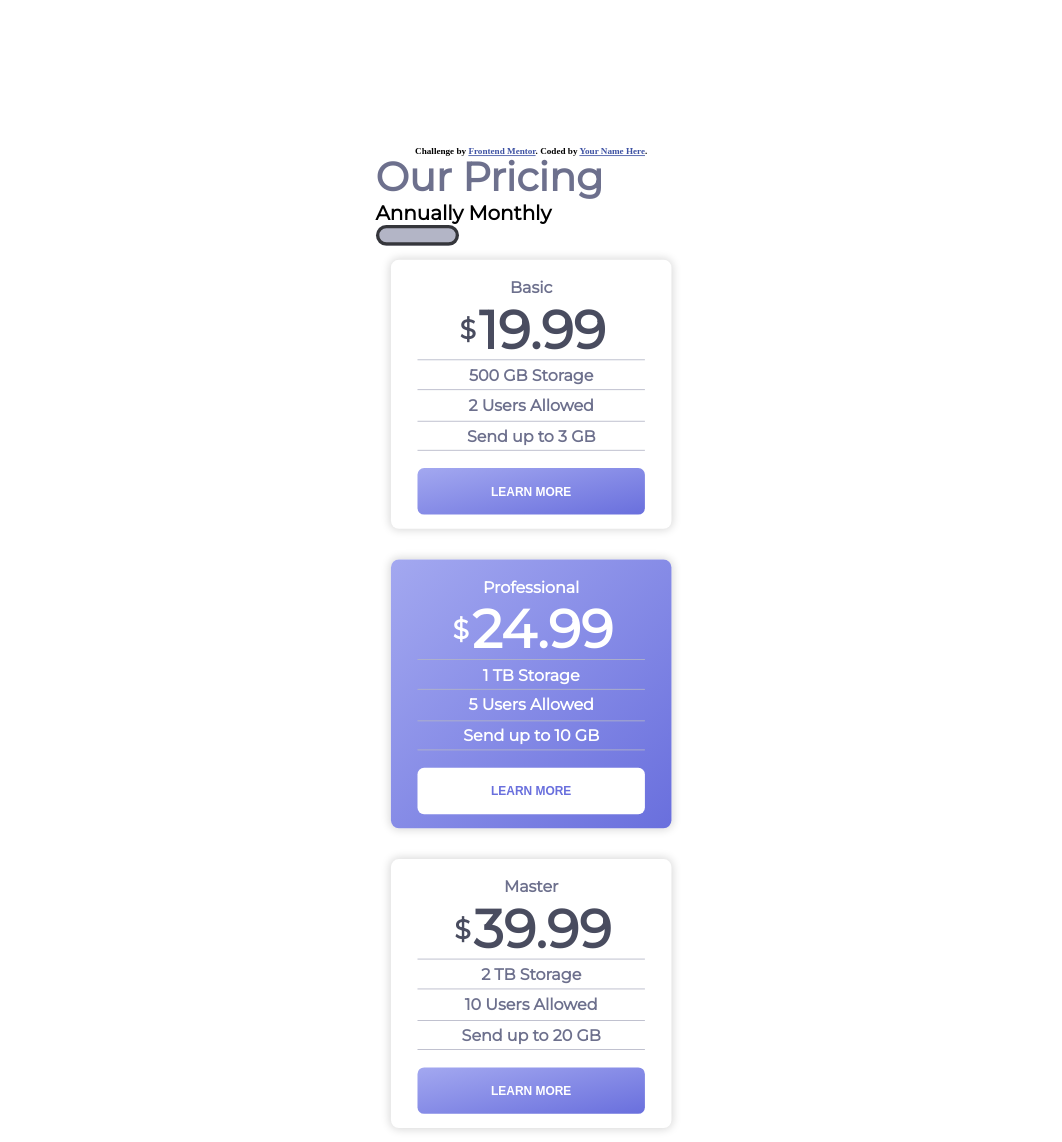
Repository: JuzzJoel/pricing-component-with-toggle-master
Page: index.html
The author's editor kept a copy of each file at every save. The page is drawn from the files as they stood at one save, then again after the next save.
The browser window is 1280 px wide. The pictures show the whole page, at 83% of full size.

Above is the page before, as saved 2025-05-24 11:49:07.

### index.html
<!DOCTYPE html>
<html lang="en">

<head>
  <meta charset="UTF-8">
  <meta name="viewport" content="width=device-width, initial-scale=1.0">
  <!-- displays site properly based on user's device -->

  <link rel="icon" type="image/png" sizes="32x32" href="./images/favicon-32x32.png">
  <link rel="preconnect" href="https://fonts.googleapis.com">
  <link rel="preconnect" href="https://fonts.gstatic.com" crossorigin>
  <link href="https://fonts.googleapis.com/css2?family=Montserrat:ital,wght@700" rel="stylesheet">
  <title>Frontend Mentor | [pricing-component-with-toggle-master]</title>
  <style>
    :root {

      --linear-gradient: linear-gradient(to bottom right, hsl(236, 72%, 79%), hsl(237, 63%, 64%));

      --clr-pri: hsl(240, 78%, 98%);
      --clr-pri-acc: hsl(234, 14%, 74%);
      --clr-sec: hsl(233, 13%, 49%);
      --clr-sec-acc: hsl(232, 13%, 33%);
    }

    *,
    *::before,
    *::after {
      box-sizing: border-box;
    }

    * {
      margin: 0;
      padding: 0;
      box-sizing: border-box;
    }

    .visually-hidden:not(:focus):not(:active) {
      clip: rect(0 0 0 0);
      clip-path: inset(50%);
      height: 1px;
      overflow: hidden;
      position: absolute;
      white-space: nowrap;
      width: 1px;
    }

    .attribution {
      font-size: 11px;
      text-align: center;
      height: 1vh;
    }

    .attribution a {
      color: hsl(228, 45%, 44%);
    }

    body {
      font-size: 0.95rem;
      font-weight: 700;
      width: 100vw;
      height: 150vh;
      display: flex;
      align-items: center;
      justify-content: center;
      flex-direction: column;
    }


    .container {
      width: 375px;
      height: 100vh;
      font-family: "Montserrat", sans-serif;

    }

    .pricing-header {
      font-size: 1.5rem;
    }

    .pricing-header h1 {
      color: var(--clr-sec);

    }

    .toggle-box {
      width: 100%;
      height: 100%;
    }

    .toggle-container {
      width: 100px;
      height: 25px;
      position: relative;
      background: var(--clr-pri-acc);
      padding: 10px;
      border-radius: 3rem;

      box-shadow: inset 0 0  0 4px rgba(0, 0, 0, 0.7);
    }

    .toggle-slider {
      position: absolute;
      border-radius: 50%;
      left: 10px;
      top: 5px;
    }

    input[type="radio"] {
      display: none;
    }

    .pricing {}


    .content-body {
      display: flex;
      flex-direction: column;
      align-items: center;
      width: 100%;
      height: 150vh;
    }

    .content {
      display: flex;
      flex-direction: column;
      align-items: center;
      justify-content: space-evenly;
      width: 90%;
      gap: 20px;
      height: 100%;
    }

    .card-container {
      display: flex;
      flex-direction: column;
      align-items: center;
      justify-content: center;
      width: 100%;
      border-radius: .6rem;

      box-shadow: 0 0 .625rem .125rem rgba(0, 0, 0, 0.15);
      height: 30%;
    }

    .card-container:nth-child(2) {
      background: var(--linear-gradient);
    }

    .card {
      display: flex;
      flex-direction: column;
      align-items: center;
      justify-content: space-between;
      width: 90%;
      height: 85%;
      font-family: "Montserrat", sans-serif;
    }

    .card>* {
      width: inherit;
      display: flex;
      align-items: center;
      justify-content: center;
    }

    .rows-head {
      height: 35%;
      display: flex;
      flex-direction: column;
      align-items: center;
      justify-content: center;
    }

    .rows-head p {
      font-size: 1.2rem;

      color: var(--clr-sec);
    }

    .rows-head h1 {
      font-size: 4rem;
      color: var(--clr-sec-acc);
      display: flex;
      align-items: center;
    }

    .rows-head h1 span {
      font-size: 2rem;
      color: var(--clr-sec-acc);
      margin-right: 2%;
    }

    .rows {
      height: 15%;
      border: 1px solid var(--clr-pri-acc);
      border-left: none;
      border-right: none;
      color: var(--clr-sec);
      font-size: 1.2rem;
    }

    .rows:nth-child(3) {
      border: none;
    }

    .rows-button {
      height: 25%;
      display: flex;
      align-items: center;
      justify-content: center;
    }

    button {
      width: 100%;
      display: flex;
      align-items: center;
      justify-content: center;
      border-radius: .5rem;
      border: none;
      padding: 1.25rem 2.5rem;
      text-transform: uppercase;
      color: white;
      background: var(--linear-gradient);
      font-weight: 700;
      font-size: 0.9rem;
      margin-top: 10%;
    }

    .card-container:nth-child(2) .rows,
    .card-container:nth-child(2) .rows-head,
    .card-container:nth-child(2) .rows-head h1,
    .card-container:nth-child(2) .rows-head h1 span {
      color: white;
    }

    .card-container:nth-child(2) .rows-head p {
      color: white;
    }

    .card-container:nth-child(2) button {
      background: white;
      color: hsl(237, 63%, 64%);
    }

    @media(min-width:1440px) {
      .content {
        flex-direction: row;
        justify-content: space-between;
      }
    }
  </style>
</head>

<body>
  <div class="attribution">
    Challenge by <a href="https://www.frontendmentor.io?ref=challenge" target="_blank">Frontend Mentor</a>.
    Coded by <a href="#">Your Name Here</a>.
  </div>


  <div class="container">
    <div class="pricing-header">
      <h1>Our Pricing</h1>
      <div class="toggle-box">
        Annually
        Monthly
        <div class="toggle-container">
          <input type="radio" class="pricing" id="price-annnual">
          <label for="price-annual"></label>

          <input type="radio" class="pricing" id="price-month">
          <label for="price-month"></label>

          <div class="toggle-slider"></div>
        </div>
      </div>
      <div class="content-body">
        <div class="content">
          <div class="card-container">
            <div class="card">
              <div class="rows-head">
                <p>Basic</p>
                <h1> <span>&dollar;</span>
                  19.99
                  <i class="visually-hidden">&dollar;199.99</i>
                </h1>
              </div>
              <div class="rows">500 GB Storage</div>
              <div class="rows">2 Users Allowed</div>
              <div class="rows">Send up to 3 GB</div>
              <div class="rows-button"><button>Learn More</button></div>
            </div>
          </div>

          <div class="card-container">
            <div class="card">
              <div class="rows-head">
                <p>Professional</p>
                <h1> <span>&dollar;</span>24.99
                  <i class="visually-hidden">&dollar;249.99</i>
                </h1>
              </div>
              <div class="rows">1 TB Storage</div>
              <div class="rows">5 Users Allowed</div>
              <div class="rows">Send up to 10 GB</div>
              <div class="rows-button"><button>Learn More</button></div>
            </div>
          </div>
          <div class="card-container">
            <div class="card">
              <div class="rows-head">
                <p>Master</p>
                <h1> <span>&dollar;</span>39.99
                  <i class="visually-hidden">&dollar;399.99</i>
                </h1>
              </div>
              <div class="rows">2 TB Storage</div>
              <div class="rows">10 Users Allowed</div>
              <div class="rows">Send up to 20 GB</div>
              <div class="rows-button"><button>Learn More</button></div>
            </div>
          </div>
        </div>
      </div>
    </div>
  </div>


</body>

</html>

After the next save:
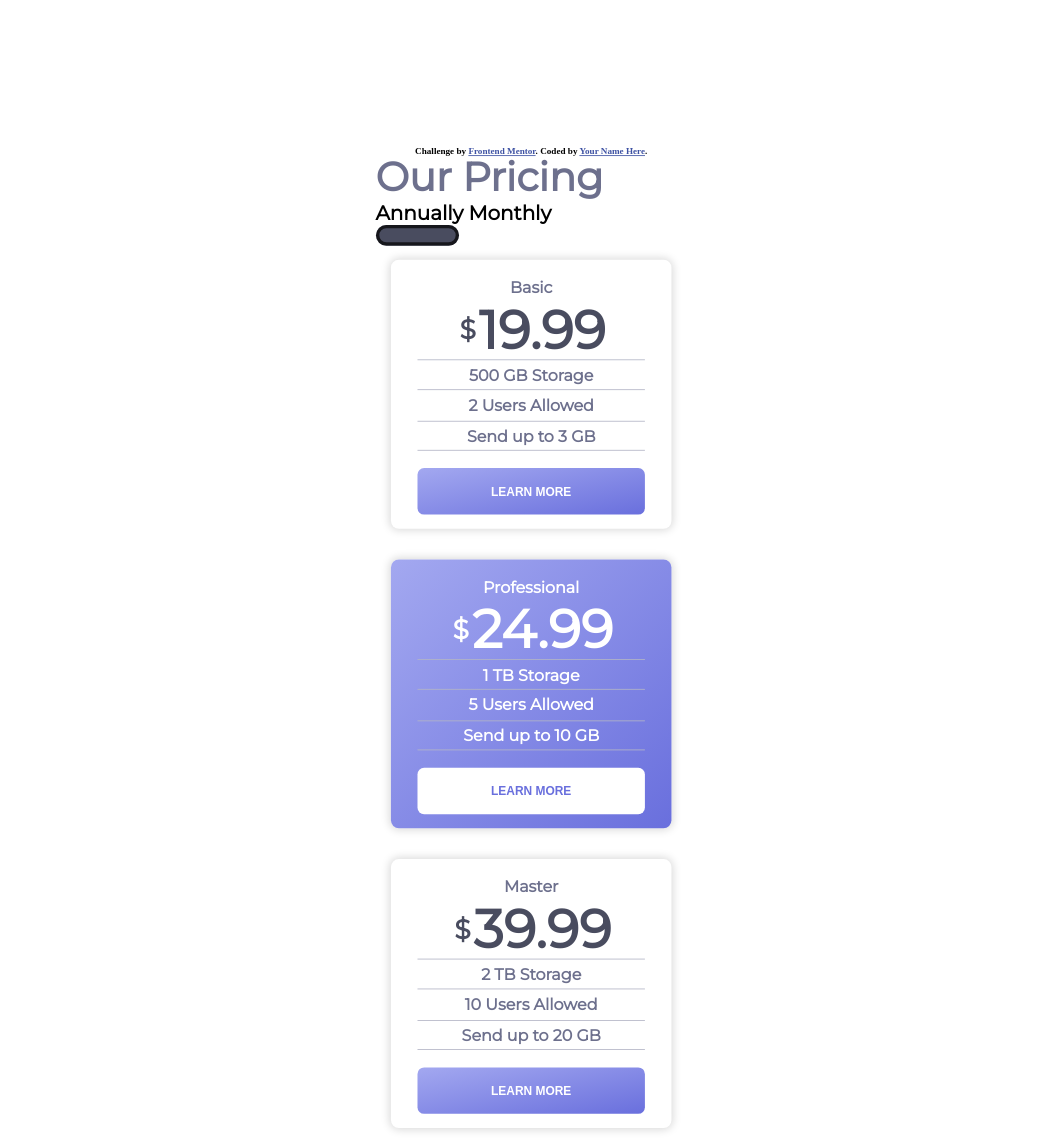
Saved 41 s later.
--- a/index.html
+++ b/index.html
@@ -91,7 +91,7 @@
       width: 100px;
       height: 25px;
       position: relative;
-      background: var(--clr-pri-acc);
+      background: var(--clr-sec-acc);
       padding: 10px;
       border-radius: 3rem;
 
